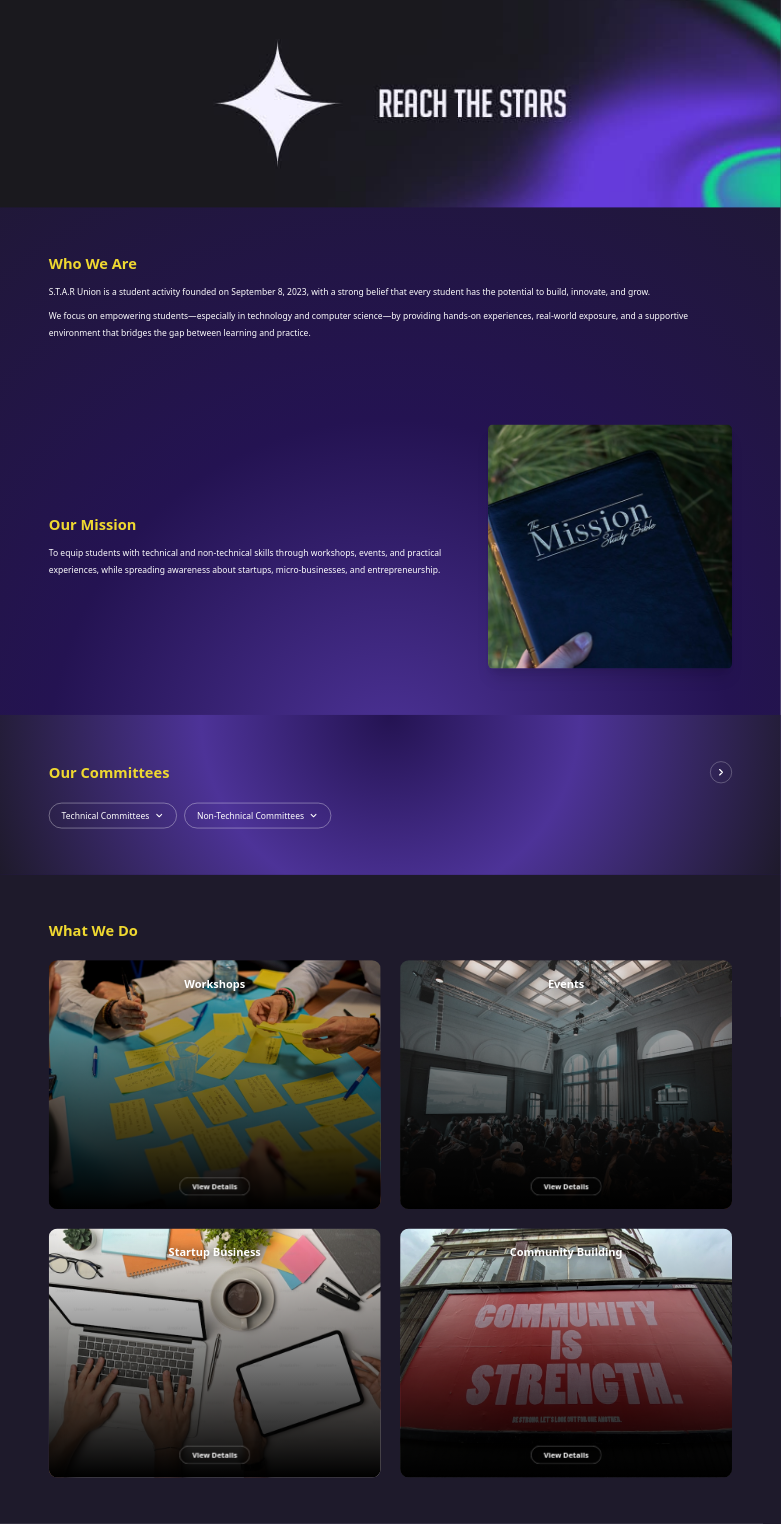
Repository: Frontend-Committee/StarUnion-Website
Page: /about
An editor plug-in stored every save of this project. The page is shown before and after a run of saves, followed by the edit.
The browser window is 1280 px wide. The pictures show the whole page, at 61% of full size.
The project was rebuilt for these pictures with package versions that can differ from the ones it lists, and the page was loaded fresh each time. Also part of the build but not shown: vite.config.js, src/components/common/Navbar.jsx, src/components/common/Footer.jsx, src/features/home/pages/HomePage.jsx.

Above is the page before, as saved 2026-02-25 14:08:45.

### index.html
<!doctype html>
<html lang="en">
  <head>
    <meta charset="UTF-8" />
    <meta name="viewport" content="width=device-width, initial-scale=1.0" />
    <title>star-union</title>
  </head>
  <body>
    <div id="root"></div>
    <script type="module" src="/src/main.jsx"></script>
  </body>
</html>

### src/App.jsx
import { BrowserRouter } from "react-router-dom";
import "./App.css";
import AppRoutes from "./routes";

function App() {
  return (
    <BrowserRouter>
      <AppRoutes />
    </BrowserRouter>
  );
}

export default App;

### src/App.css
@tailwind base;
@tailwind components;
@tailwind utilities;

.container {
  @apply max-w-6xl px-4 py-3 mx-auto;
}

/* Activity card image zoom on hover */
.group:hover .activity-card-img {
  transform: scale(1.06);
}

### src/routes/index.jsx
import { Route, Routes } from "react-router-dom";
import MainLayout from "../layouts/MainLayout";

// Pages
import AboutUsPage from "../features/about/pages/AboutUsPage";
import HomePage from "../features/home/pages/HomePage";

export default function AppRoutes() {
  return (
    <Routes>
      <Route element={<MainLayout />}>
        <Route path="/" element={<HomePage />} />
        <Route path="/about" element={<AboutUsPage />} />
      </Route>
    </Routes>
  );
}

### src/layouts/MainLayout.jsx
import { Outlet } from "react-router-dom";
import Navbar from "../components/common/Navbar";
import Footer from "../components/common/Footer";

export default function MainLayout() {
  return (
    <div className="flex flex-col min-h-screen">
      {/* <Navbar /> */}
      <main className="flex-1">
        <Outlet />
      </main>
      {/* <Footer /> */}
    </div>
  );
}

### src/features/about/pages/AboutUsPage.jsx
import { useState } from "react";
import AboutHero from "../../../assets/images/AboutHero.jpg";
import CommunityImage from "../../../assets/images/Community.jpg";
import EventsImage from "../../../assets/images/Events.jpg";
import MissonImage from "../../../assets/images/Misson.jpg";
import StartupImage from "../../../assets/images/StartupBusiness.jpg";
import WorkshopsImage from "../../../assets/images/Workshops.jpg";

// ─── Inline SVGs ──────────────────────────────────────────────────────────────
function IconChevronDown({ open }) {
  return (
    <svg
      width="16"
      height="16"
      viewBox="0 0 24 24"
      fill="none"
      stroke="currentColor"
      strokeWidth="2.5"
      strokeLinecap="round"
      strokeLinejoin="round"
      className={`transition-transform duration-300 ease-in-out ${
        open ? "rotate-180" : "rotate-0"
      }`}
    >
      <polyline points="6 9 12 15 18 9" />
    </svg>
  );
}

function IconChevronRight() {
  return (
    <svg
      width="18"
      height="18"
      viewBox="0 0 24 24"
      fill="none"
      stroke="currentColor"
      strokeWidth="2.5"
      strokeLinecap="round"
      strokeLinejoin="round"
    >
      <polyline points="9 18 15 12 9 6" />
    </svg>
  );
}

// ─── 4-pointed star logo ──────────────────────────────────────────────────────
function StarLogo() {
  return (
    <svg
      width="110"
      height="110"
      viewBox="0 0 120 120"
      fill="none"
      xmlns="http://www.w3.org/2000/svg"
      className="drop-shadow-[0_0_22px_rgba(255,255,255,0.55)]"
    >
      <path
        d="M60 4 L67 53 L116 60 L67 67 L60 116 L53 67 L4 60 L53 53 Z"
        fill="white"
      />
    </svg>
  );
}

// ─── Committee Dropdown ───────────────────────────────────────────────────────
function CommitteeDropdown({ label, items }) {
  const [open, setOpen] = useState(false);

  return (
    <div className="relative inline-block">
      <button
        onClick={() => setOpen((o) => !o)}
        className="flex items-center gap-2 px-5 py-2.5 border border-white/55 rounded-full bg-white/6 text-white text-sm font-medium cursor-pointer hover:bg-white/14 transition-colors duration-200"
      >
        {label}
        <IconChevronDown open={open} />
      </button>

      {open && (
        <div className="absolute top-[calc(100%+8px)] left-0 min-w-[220px] bg-[rgba(36,19,82,0.97)] border border-white/18 rounded-xl shadow-lg overflow-hidden z-50">
          {items.map((item) => (
            <button
              key={item}
              className="block w-full text-left px-4 py-2.5 text-xs text-white/78 bg-transparent border-none cursor-pointer hover:bg-white/9 transition-colors duration-150"
            >
              {item}
            </button>
          ))}
        </div>
      )}
    </div>
  );
}

// ─── Activity Card ────────────────────────────────────────────────────────────
function ActivityCard({ image, title }) {
  return (
    <div className="relative overflow-hidden rounded-[14px] aspect-[4/3] cursor-pointer group">
      {/* Background image */}
      <img
        src={image}
        alt={title}
        className="absolute inset-0 w-full h-full object-cover transition-transform duration-500 ease-out group-hover:scale-105"
      />

      {/* Dark overlay gradient */}
      <div className="absolute inset-0 bg-gradient-to-t from-black  via-black/22 to-transparent" />

      {/* Content */}
      <div className="absolute inset-0 flex flex-col items-center justify-between p-4">
        <h3 className="mt-2 text-white font-bold text-lg text-center drop-shadow-[0_2px_8px_rgba(0,0,0,0.7)]">
          {title}
        </h3>

        <button className="px-5 py-1.5 mb-1.5 text-xs font-semibold text-white bg-white/18 border border-white/40 rounded-full backdrop-blur-sm hover:bg-white/32 transition-colors duration-200">
          View Details
        </button>
      </div>
    </div>
  );
}

// ════════════════════════════════════════════════════════════════════════════════
//  ABOUT US PAGE
// ════════════════════════════════════════════════════════════════════════════════
export default function AboutUsPage() {
  const technicalCommittees = [
    "Frontend Committee",
    "Backend Committee",
    "AI & Data Committee",
    "Cybersecurity Committee",
    "Mobile Development",
  ];

  const nonTechnicalCommittees = [
    "Media & Design Committee",
    "Marketing Committee",
    "HR Committee",
    "Finance Committee",
    "PR & Communications",
  ];

  const activities = [
    { image: WorkshopsImage, title: "Workshops" },
    { image: EventsImage, title: "Events" },
    { image: StartupImage, title: "Startup Business" },
    { image: CommunityImage, title: "Community Building" },
  ];

  return (
    <div className="w-full overflow-x-hidden bg-[radial-gradient(circle_at_center,_#4D3398_0%,_#241352_40%,_#1E1A2B_100%)]">
      {/* ══════════════════════════════════════════════════════════════════════
          1. HERO — Background 3 gradient
      ══════════════════════════════════════════════════════════════════════ */}
      <section
        className="relative w-full min-h-[340px] flex flex-col items-center justify-center overflow-hidden bg-cover bg-center bg-no-repeat"
        style={{ backgroundImage: `url(${AboutHero})` }}
      >
        {/* Green glow orb — top right */}
        {/* <div
          style={{
            position: "absolute",
            top: 0,
            right: 0,
            width: "280px",
            height: "280px",
            borderRadius: "9999px",
            background:
              "radial-gradient(circle, rgba(17,237,164,0.45) 0%, transparent 70%)",
            transform: "translate(35%, -35%)",
            filter: "blur(40px)",
            pointerEvents: "none",
          }}
        /> */}

        {/* Purple glow orb — bottom left */}
      </section>

      {/* ══════════════════════════════════════════════════════════════════════
          2. WHO WE ARE
      ══════════════════════════════════════════════════════════════════════ */}
      <section className="py-16">
        <div className="container">
          <h2 className="text-tertiary text-2xl font-semibold mb-4">
            Who We Are
          </h2>
          <p className="text-white text-sm leading-loose mb-3">
            S.T.A.R Union is a student activity founded on September 8, 2023,
            with a strong belief that every student has the potential to build,
            innovate, and grow.
          </p>
          <p className="text-white  text-sm leading-loose">
            We focus on empowering students—especially in technology and
            computer science—by providing hands-on experiences, real-world
            exposure, and a supportive environment that bridges the gap between
            learning and practice.
          </p>
        </div>
      </section>

      {/* ══════════════════════════════════════════════════════════════════════
          3. OUR MISSION — image right
      ══════════════════════════════════════════════════════════════════════ */}
      <section className="py-12 pb-16">
        <div className="container flex flex-wrap items-center gap-12">
          <div className="flex-1 min-w-[300px]">
            <h2 className="text-2xl font-semibold text-tertiary mb-4">
              Our Mission
            </h2>
            <p className="text-white  text-sm leading-loose">
              To equip students with technical and non-technical skills through
              workshops, events, and practical experiences, while spreading
              awareness about startups, micro-businesses, and entrepreneurship.
            </p>
          </div>

          {/* Image */}
          <div className="flex-shrink-0">
            <img
              src={MissonImage}
              alt="Our Mission"
              className="w-full max-w-[400px] rounded-lg object-cover aspect-square shadow-xl"
            />
          </div>
        </div>
      </section>

      {/* ══════════════════════════════════════════════════════════════════════
          4. OUR COMMITTEES — Background 3 gradient
      ══════════════════════════════════════════════════════════════════════ */}
      <section className="relative w-full py-16 overflow-hidden bg-[radial-gradient(circle_at_top,_#241352_0%,_#4D3398_45%,_#1E1A2B_100%)]">
        <div className="container">
          {/* Header row */}
          <div className="flex items-center justify-between mb-8">
            <h2 className="text-tertiary text-2xl font-semibold m-0">
              Our Committees
            </h2>

            <button
              className="flex items-center justify-center w-9 h-9 rounded-full border border-white/40 bg-white/6 text-white cursor-pointer hover:bg-white/14 transition-colors duration-200"
              aria-label="Browse committees"
            >
              <IconChevronRight />
            </button>
          </div>

          {/* Dropdown buttons */}
          <div className="flex flex-wrap gap-3">
            <CommitteeDropdown
              label="Technical Committees"
              items={technicalCommittees}
            />
            <CommitteeDropdown
              label="Non-Technical Committees"
              items={nonTechnicalCommittees}
            />
          </div>
        </div>
      </section>

      {/* ══════════════════════════════════════════════════════════════════════
          5. WHAT WE DO — dark + 2×2 grid
      ══════════════════════════════════════════════════════════════════════ */}
      <section className="w-full py-16 bg-[#1E1A2B]">
        <div className="container">
          <h2 className="text-tertiary text-2xl font-semibold mb-8">What We Do</h2>

          {/* 2×2 Grid */}
          <div className="grid grid-cols-2 gap-8">
            {activities.map((act) => (
              <ActivityCard
                key={act.title}
                image={act.image}
                title={act.title}
              />
            ))}
          </div>
        </div>
      </section>
    </div>
  );
}

### tailwind.config.js
/** @type {import('tailwindcss').Config} */
module.exports = {
  content: ["./index.html", "./src/**/*.{js,jsx,ts,tsx}"],

  theme: {
    container: {
      center: true,
      padding: {
        DEFAULT: "16px", // mobile side margins
        lg: "24px", // desktop side margins
      },
    },

    extend: {
      colors: {
        primary: "#7441FF",
        secondary: "#11EDA4",
        tertiary: "#EFD830",

        background: "#FFFFFF",
        text: "#111111",
        textInvert: "#FFFFFF",

        muted: "#E1D6FF",
        card: "#FFFFFF",
        cardSoft: "#C8B5FC",

        success: "#12B76A",
        warning: "#F59E0B",
        error: "#EF4444",

        bg31: "#241352",
        bg32: "#4D3398",
        bg33: "#1E1A2B",
      },

      backgroundImage: {
        gradientBg3:
          "radial-gradient(circle at top, #241352 0%, #4D3398 45%, #1E1A2B 100%)",
        gradientFooter: "linear-gradient(135deg, #E1D6FF 0%, #7441FF 100%)",
        gradientBrand:
          "linear-gradient(135deg, #7441FF 0%, #11EDA4 50%, #EFD830 100%)",
      },

      // typography
      fontSize: {
        h1: ["44px", { lineHeight: "1.1", fontWeight: "800" }],
        h2: ["32px", { lineHeight: "1.15", fontWeight: "800" }],
        h3: ["24px", { lineHeight: "1.2", fontWeight: "800" }],
        h4: ["20px", { lineHeight: "1.25", fontWeight: "800" }],
        body: ["16px", { lineHeight: "1.6", fontWeight: "800" }],
        caption: ["14px", { lineHeight: "1.4", fontWeight: "800" }],
        micro: ["12px", { lineHeight: "1.35", fontWeight: "800" }],
      },

      /*
       Spacing tokens
       */
      spacing: {
        1: "4px",
        2: "8px",
        3: "12px",
        4: "16px",
        6: "24px",
        8: "32px",
        12: "48px",
        16: "64px",
      },

      /*
       Section spacing helpers
       */
      margin: {
        "section-sm": "24px",
        "section-md": "32px",
        "section-lg": "48px",
        "section-xl": "64px",
      },
      padding: {
        "section-sm": "24px",
        "section-md": "32px",
        "section-lg": "48px",
        "section-xl": "64px",
      },

      boxShadow: {
        soft: "0 4px 10px rgba(0,0,0,0.1)",
      },

      borderRadius: {
        card: "16px",
      },
    },
  },

  plugins: [],
};

Loaded but not shown: src/main.jsx (common file)

After the next 2 saves:
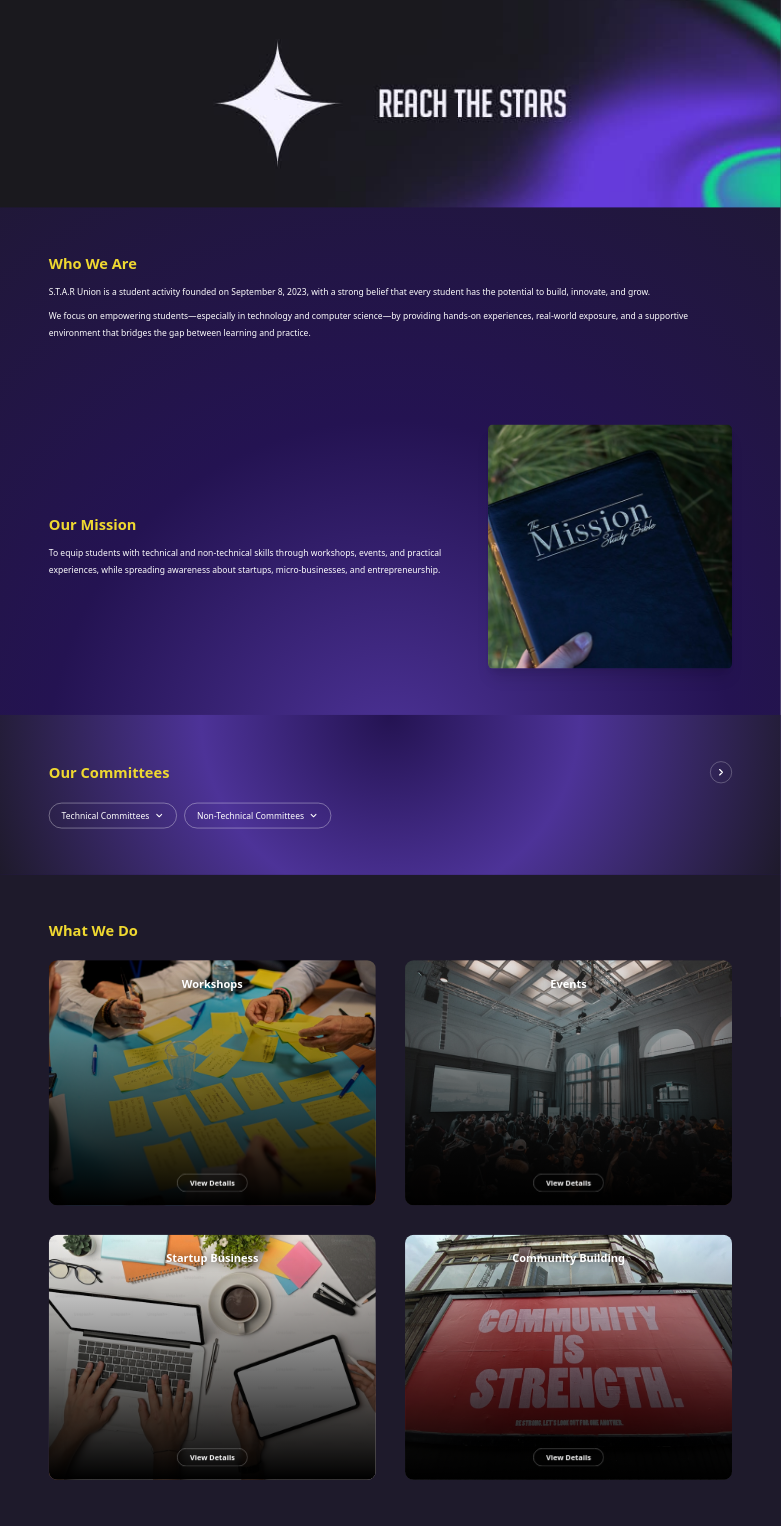
The 2 saves are shown as one change because they came seconds apart.
The last was saved 6 s later.
--- a/src/features/about/pages/AboutUsPage.jsx
+++ b/src/features/about/pages/AboutUsPage.jsx
@@ -267,7 +267,7 @@ export default function AboutUsPage() {
           <h2 className="text-tertiary text-2xl font-semibold mb-8">What We Do</h2>
 
           {/* 2×2 Grid */}
-          <div className="grid grid-cols-2 gap-8">
+          <div className="grid grid-cols-2 gap-12">
             {activities.map((act) => (
               <ActivityCard
                 key={act.title}
